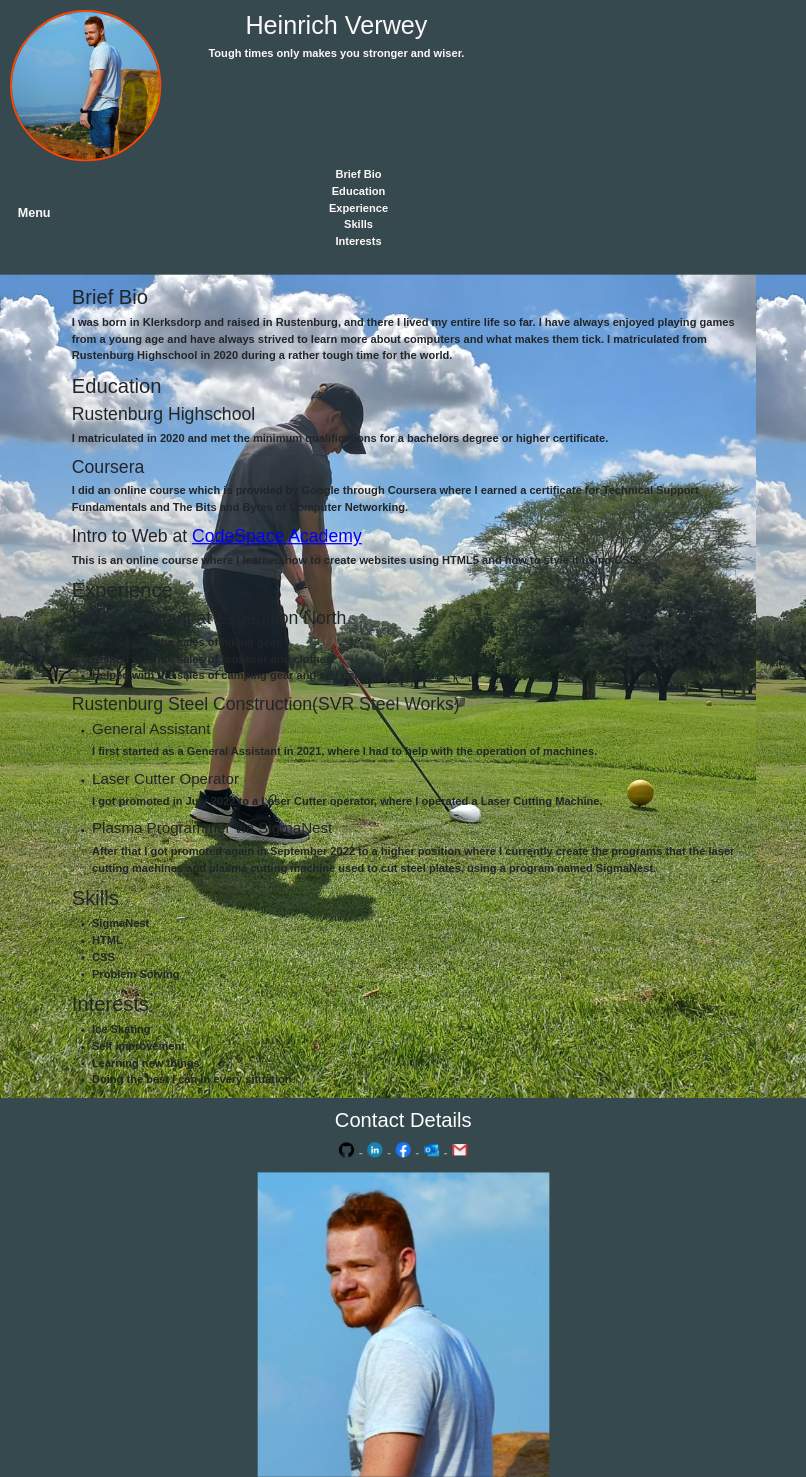
Repository: W3asl3y/IntroToWebDesign
Page: index.html
These files come from the project's save history. The page is drawn as it stood at one moment and after the next save; the edit follows.
The browser window is 1280 px wide. The pictures show the whole page, at 63% of full size.

Above is the page before, as saved 2022-12-08 22:24:19.

### index.html
<!DOCTYPE html>
<html lang="en">
    <head>
        <meta charset="UTF-8">
        <meta http-equiv="X-UA-Compatible" content="IE=edge">
        <meta name="viewport" content="width=device-width, initial-scale=1.0">

        <title>
            My Resume
        </title>

        <link rel="stylesheet" href="https://cdn.jsdelivr.net/npm/bootstrap@5.2.3/dist/css/bootstrap.min.css" integrity="sha384-rbsA2VBKQhggwzxH7pPCaAqO46MgnOM80zW1RWuH61DGLwZJEdK2Kadq2F9CUG65" crossorigin="anonymous">

        <link rel="stylesheet" type="text/css" href="css/stylesheet.css">

        <script src="https://cdn.jsdelivr.net/npm/bootstrap@5.2.3/dist/js/bootstrap.bundle.min.js" integrity="sha384-kenU1KFdBIe4zVF0s0G1M5b4hcpxyD9F7jL+jjXkk+Q2h455rYXK/7HAuoJl+0I4" crossorigin="anonymous"></script>

    </head>
    <body>


        <div class="container-fluid text-center" style="padding: 0">
            <header id="heading">
                <div class="row">
                        <div class="col-2">
                            <img id="profile_picture" src="images/Heinrich.jpg" alt="My profile picture" >
                        </div>
                        <div class="col-6">
                            <h1>
                                Heinrich Verwey
                            </h1>

                            <p>
                                Tough times only makes you stronger and wiser.
                            </p>
                        </div>
                        <div class="col-6">
                            <nav class="navbar navbar-expand-lg navbar-right" >
                                <div class="container-fluid">
                                        <a class="navbar-brand" href="#">Menu</a>
                                        <button class="navbar-toggler" type="button" data-bs-toggle="collapse" data-bs-target="#navbarSupportedContent" aria-controls="navbarSupportedContent" aria-expanded="false" aria-label="Toggle navigation">
                                        <span class="navbar-toggler-icon"></span>
                                        </button>

                                    <ul class="nav-menu">
                                        <li class="nav-item">
                                            <a class="nav-link" href="#brief_bio"> Brief Bio </a>
                                        </li>
                                        <li class="nav-item">
                                            <a class="nav-link" href="#education"> Education </a>
                                        </li>
                                        <li class="nav-item">
                                            <a class="nav-link" href="#experience"> Experience </a>
                                        </li>
                                        <li class="nav-item">
                                            <a class="nav-link" href="#skills"> Skills </a>
                                        </li>
                                        <li class="nav-item">
                                            <a class="nav-link" href="#interests"> Interests </a>
                                        </li>
                                    </ul>
                                </div>
                            </nav>
                        </div>
                </div>
            </header>

        </div>

        <div class="backgroundImage">

        <main>



            <div class="container" style="padding-top: 1rem">
                <div class="row">
                    <div class="col-12">
                        <article id="contents">
                            <h2 id="brief_bio">
                                Brief Bio
                            </h2>
                            <p>
                                I was born in Klerksdorp and raised in Rustenburg, and there I lived my entire life so far. I have always enjoyed playing games from a young age and have always strived to learn more about computers and what makes them tick. I matriculated from Rustenburg Highschool in 2020 during a rather tough time for the world.
                            </p>
                            <h2 id=education>
                                Education
                            </h2>
                            <h3>
                                Rustenburg Highschool
                            </h3>
                            <p>
                                I matriculated in 2020 and met the minimum qualifications for a bachelors degree or higher certificate.
                            </p>
                            <h3>
                                Coursera
                            </h3>
                            <p>
                                I did an online course which is provided by Google through Coursera where I earned a certificate for Technical Support Fundamentals and The Bits and Bytes of Computer Networking.
                            </p>
                            <h3>
                                Intro to Web at <a href="https://www.codespace.co.za/courses/frontend-web-development/">CodeSpace Academy</a>
                            </h3>
                            <p>
                                This is an online course where I learned how to create websites using HTML5 and how to style it using CSS.
                            </p>
                            </h3>
                            <h2 id="experience">
                                Experience
                            </h2>
                            <h3>
                                Sales Assistant at Expedition North
                            </h3>
                            <ul>
                                <li>
                                    Helped with the sales of hiking gear.
                                </li>
                                <li>
                                    Helped with the sales of footwear and clothes.
                                </li>
                                <li>
                                    Helped with the sales of camping gear and self defense weapons.
                                </li>
                            </ul>
                            <h3>
                                Rustenburg Steel Construction(SVR Steel Works)
                            </h3>
                            <ul>
                                <li>
                                    <h4>
                                        General Assistant
                                    </h4>
                                        <p>
                                            I first started as a General Assistant in 2021, where I had to help with the operation of machines.
                                        </p>
                                </li>
                                <li>
                                    <h4>
                                        Laser Cutter Operator
                                    </h4>
                                        <p>
                                            I got promoted in July 2022 to a Laser Cutter operator, where I operated a Laser Cutting Machine.
                                        </p>
                                </li>
                                <li>
                                    <h4>
                                        Plasma Programmer via SigmaNest
                                    </h4>
                                        <p>
                                            After that I got promoted again in September 2022 to a higher position where I currently create the programs that the laser cutting machines and plasma cutting machine used to cut steel plates, using a program named SigmaNest.
                                        </p>
                                </li>
                            </ul>
                            <h2 id="skills">
                                Skills
                            </h2>
                            <ul>
                                <li>
                                    SigmaNest
                                </li>
                                <li>
                                    HTML
                                </li>
                                <li>
                                    CSS
                                </li>
                                <li>
                                    Problem Solving
                                </li>
                            </ul>
                            <h2 id="interests">
                                Interests
                            </h2>
                            <ul>
                                <li>
                                    Ice Skating
                                </li>
                                <li>
                                    Self improvement
                                </li>
                                <li>
                                    Learning new things
                                </li>
                                <li>
                                    Doing the best I can in every situation
                                </li>
                            </ul>
                        </article>
                    </div>
                </div>
            </div>

        </main>

        </div>
        <div class="container text-center" >
            <footer class="footer">
                <h2>
                    Contact Details
                </h2>
                    <a href="https://github.com/W3asl3y" target="_blank">
                        <img class="my_contacts" src="Images\Github-22.png" alt="My Github">
                    </a>
                    <a href="https://www.linkedin.com/in/heinrich-verwey-1627a7205/" target="_blank">
                        <img class="my_contacts" src="Images\LinkedIn.webp" alt="My LinkedIn">
                    </a>
                    <a  href="https://www.facebook.com/heinrich.verwey.79/" target="_blank">
                        <img class="my_contacts" src="Images\Facebook.webp" alt=" My Facebook">
                    </a>
                    <a href="mailto:verwey41@outlook.com" target="_blank">
                        <img class="my_contacts" src="Images\Microsoft-Outlook-01.png" alt="My Outlook Email">
                    </a>
                    <a href="https://mail.google.com/mail/u/0/#inbox?compose=DmwnWrRpddMlNTSjFqkttlfhgGgSTqTdZwvhCZbHGPMFCZvZVTDvqlDvZQjtBGtGFFxcnhXPNVnl" target="_blank">
                        <img class="my_contacts" src="Images\Gmail.webp" alt="My Gmail Email">
                    </a>

            </footer>
        </div>

        <div class="pictureOfMe">
            <picture>
                <source media="(max-width: 650px)" srcset="Images\Heinrich-H.jpg">
                <source media="(max-width: 1400px)" srcset="Images\Heinrich-HS.jpg">
                <img src="Images\Heinrich.jpg" alt="It is a picture of me">
            </picture>
        </div>

    </body>
</html

### CSS/stylesheet.css
* { box-sizing: border-box }

body{
     font-family:sans-serif;
     font-size:110%;
     font-weight: bolder;
     background-color:  #36494e ;
     display: flex;
     flex-direction: column;
}

.backgroundImage {
     background-image: url("/images/me-playing-golf.jpg");
     background-size: auto;

}

main {
     display: flex;
     flex-direction: row;
     overflow: unset;
}

header {
     text-align: center;
    -webkit-text-fill-color: #FCF7F8;
     background-color: #36494e;
     padding: 1rem;
}



#profile_picture {
     width: 15rem;
     border-radius: 50%;
     border: 3px solid orangered;
}





#menu {
     -webkit-text-fill-color:white ;
}

.nav-menu {
     list-style: none;
     padding: 0%;
}

#contents {
     padding-left: 2rem;
     background-color: transparent;
     background-image: none;
}



a:link {
     color: blue;
}

a:visited {
     color: blue;
}

.my_contacts {
     width: 40px;
     padding: 0.5rem;
}



footer {
     background-color: #36494e;
     text-align: center;
     -webkit-text-fill-color: white;
     padding: 1rem;
     justify-content: center;
}


.pictureOfMe {
     align-self: center;
}

@media  screen and (max-width:600px){
     #sidebar {
          width: 30vw;
     }
     #contents {
          width: auto;
     }
     .backgroundImage {
          width: auto;
     }
}

@media screen and (max-width:1000px) {
     #sidebar {
          width: 30vw;
     }
     #contents {
          width: auto;
     }
     .backgroundImage {
          width: auto;
     }

}

@media screen and (min-width:1000px) {
     #sidebar {
          width: 30vw;
     }
     #contents {
          width: auto;
     }
     .backgroundImage {
          width: auto;
     }

}

After the next save:
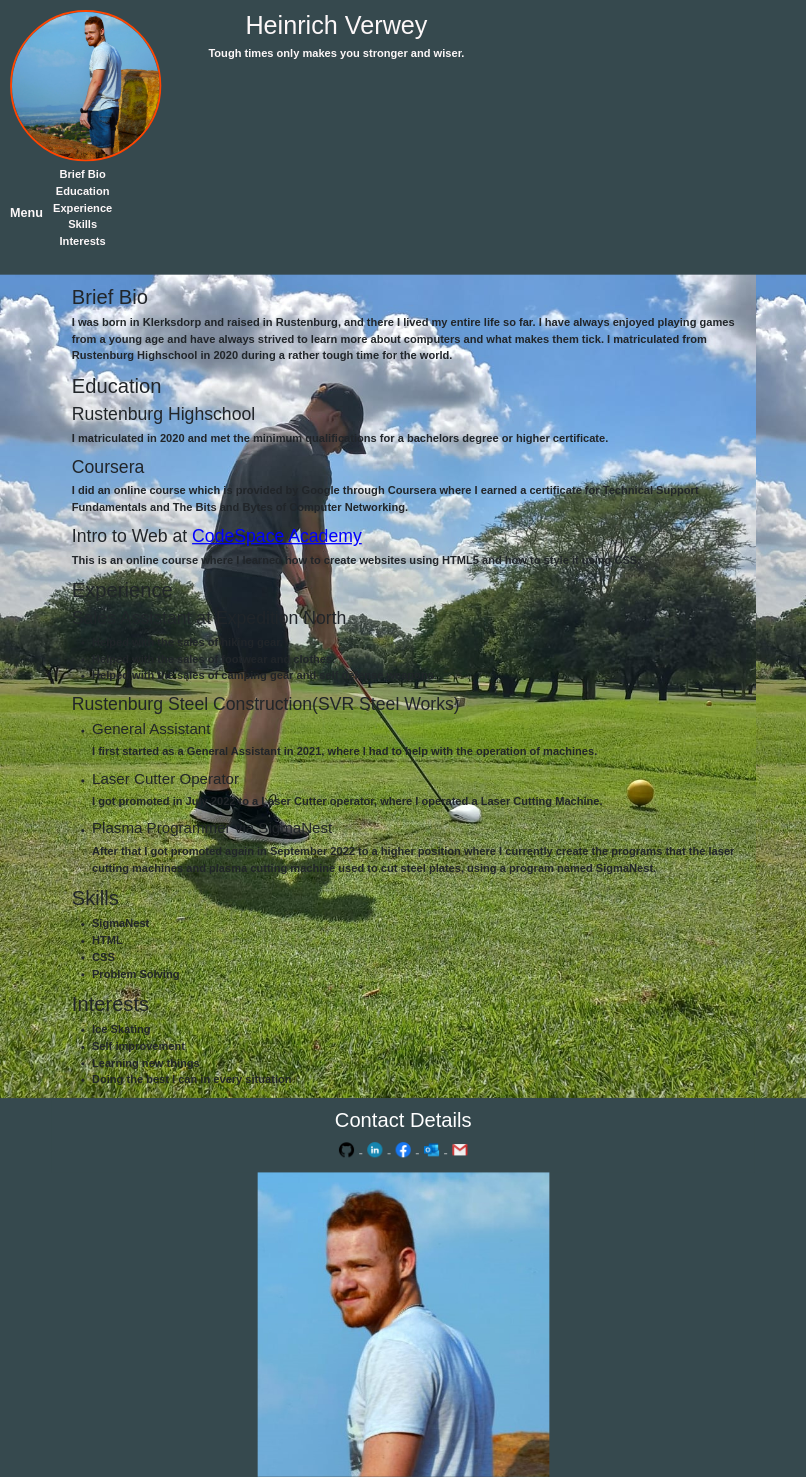
Saved 29 s later.
--- a/index.html
+++ b/index.html
@@ -36,7 +36,7 @@
                         </div>
                         <div class="col-6">
                             <nav class="navbar navbar-expand-lg navbar-right" >
-                                <div class="container-fluid">
+
                                         <a class="navbar-brand" href="#">Menu</a>
                                         <button class="navbar-toggler" type="button" data-bs-toggle="collapse" data-bs-target="#navbarSupportedContent" aria-controls="navbarSupportedContent" aria-expanded="false" aria-label="Toggle navigation">
                                         <span class="navbar-toggler-icon"></span>
@@ -59,7 +59,7 @@
                                             <a class="nav-link" href="#interests"> Interests </a>
                                         </li>
                                     </ul>
-                                </div>
+
                             </nav>
                         </div>
                 </div>
